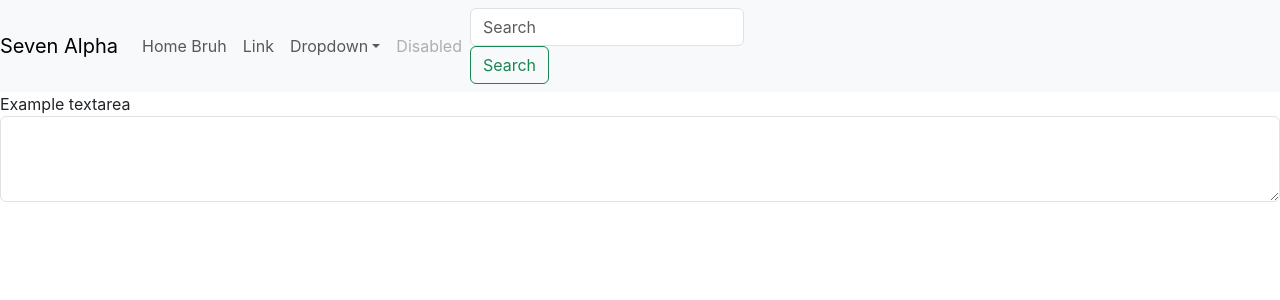
Repository: Shubham-tawar/Text-editor
Page: /
The author's editor kept a copy of each file at every save. The page is drawn from the files as they stood at one save, then again after a run of saves.
The browser window is 1280 px wide. The pictures show the whole page.
The project was rebuilt for these pictures with package versions that can differ from the ones it lists, and the page was loaded fresh each time. Also part of the build but not shown: src/App.css.

Above is the page before, as saved 2025-07-05 16:52:38.

After the next 2 saves:
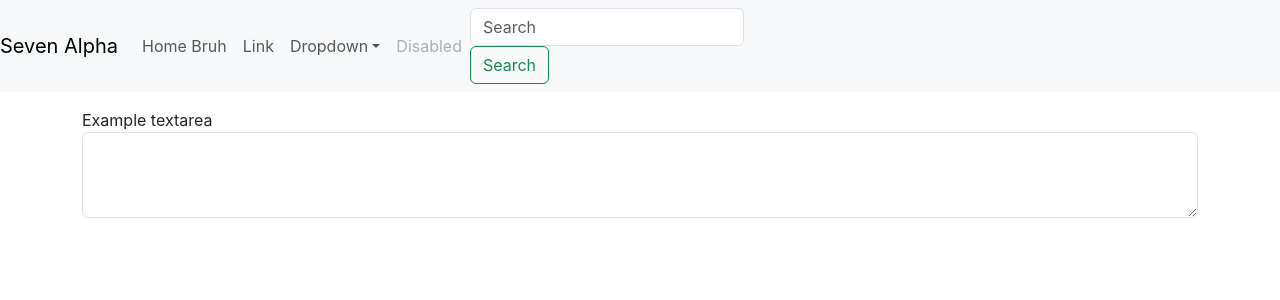
The 2 saves are shown as one change because they came seconds apart.
The last was saved 8 s later.
--- a/src/components/Textform.js
+++ b/src/components/Textform.js
@@ -3,7 +3,7 @@ import PropTypes from 'prop-types'
 
 export default function Textform() {
   return (
-    <form cl>
+    <form className='container my-3'>
 
         <div class="form-group">
             <label for="exampleFormControlTextarea1">Example textarea</label>
